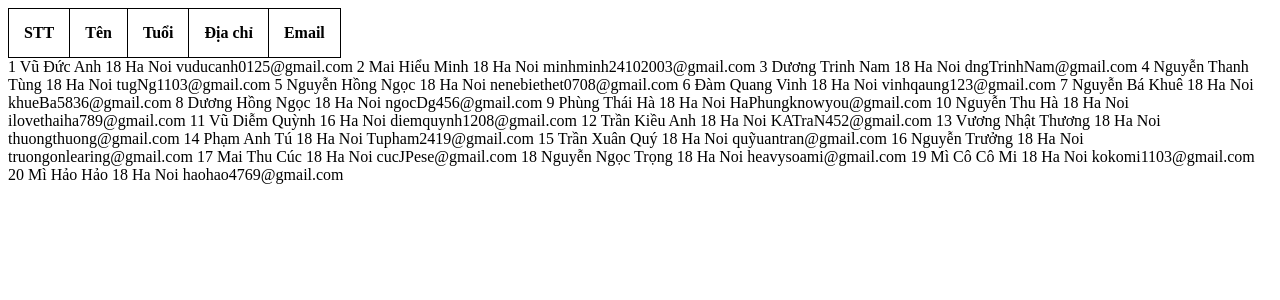
Repository: AnhDuc0125/HTML-Aptech
Page: bt2568/index.html
These files come from the project's save history. The page is drawn as it stood at one moment and after the next save; the edit follows.
The browser window is 1280 px wide. The pictures show the whole page.

Above is the page before, as saved 2021-11-26 20:43:02.

### bt2568/index.html
<!DOCTYPE html>
<html lang="en">
<head>
    <meta charset="UTF-8">
    <meta http-equiv="X-UA-Compatible" content="IE=edge">
    <meta name="viewport" content="width=device-width, initial-scale=1.0">
    <title>Document</title>
    <style>
        table, th ,td {
            border: 1px solid black;
        }
        table {
            border-collapse: collapse;

        }
    </style>
</head>
<body>
    <table cellpadding="15">
        <tr>
            <th>STT</th>
            <th>Tên</th>
            <th>Tuổi</th>
            <th>Địa chỉ</th>
            <th>Email</th>
        </tr>
    </table>

    <script>
        var stdList = [
            {
                "name" : "Vũ Đức Anh",
                "age" : "18",
                "address" : "Ha Noi",
                "email" : "vuducanh0125@gmail.com"
            },
            {
                "name" : "Mai Hiểu Minh",
                "age" : "18",
                "address" : "Ha Noi",
                "email" : "minhminh24102003@gmail.com"
            },
            {
                "name" : "Dương Trinh Nam",
                "age" : "18",
                "address" : "Ha Noi",
                "email" : "dngTrinhNam@gmail.com"
            },
            {
                "name" : "Nguyễn Thanh Tùng",
                "age" : "18",
                "address" : "Ha Noi",
                "email" : "tugNg1103@gmail.com"
            },
            {
                "name" : "Nguyễn Hồng Ngọc",
                "age" : "18",
                "address" : "Ha Noi",
                "email" : "nenebiethet0708@gmail.com"
            },
            {
                "name" : "Đàm Quang Vinh",
                "age" : "18",
                "address" : "Ha Noi",
                "email" : "vinhqaung123@gmail.com"
            },
            {
                "name" : "Nguyễn Bá Khuê",
                "age" : "18",
                "address" : "Ha Noi",
                "email" : "khueBa5836@gmail.com"
            },
            {
                "name" : "Dương Hồng Ngọc",
                "age" : "18",
                "address" : "Ha Noi",
                "email" : "ngocDg456@gmail.com"
            },
            {
                "name" : "Phùng Thái Hà",
                "age" : "18",
                "address" : "Ha Noi",
                "email" : "HaPhungknowyou@gmail.com"
            },
            {
                "name" : "Nguyễn Thu Hà",
                "age" : "18",
                "address" : "Ha Noi",
                "email" : "ilovethaiha789@gmail.com"
            },
            {
                "name" : "Vũ Diễm Quỳnh",
                "age" : "16",
                "address" : "Ha Noi",
                "email" : "diemquynh1208@gmail.com"
            },
            {
                "name" : "Trần Kiều Anh",
                "age" : "18",
                "address" : "Ha Noi",
                "email" : "KATraN452@gmail.com"
            },
            {
                "name" : "Vương Nhật Thương",
                "age" : "18",
                "address" : "Ha Noi",
                "email" : "thuongthuong@gmail.com"
            },
            {
                "name" : "Phạm Anh Tú",
                "age" : "18",
                "address" : "Ha Noi",
                "email" : "Tupham2419@gmail.com"
            },
            {
                "name" : "Trần Xuân Quý",
                "age" : "18",
                "address" : "Ha Noi",
                "email" : "quỹuantran@gmail.com"
            },
            {
                "name" : "Nguyễn Trưởng",
                "age" : "18",
                "address" : "Ha Noi",
                "email" : "truongonlearing@gmail.com"
            },
            {
                "name" : "Mai Thu Cúc",
                "age" : "18",
                "address" : "Ha Noi",
                "email" : "cucJPese@gmail.com"
            },
            {
                "name" : "Nguyễn Ngọc Trọng",
                "age" : "18",
                "address" : "Ha Noi",
                "email" : "heavysoami@gmail.com"
            },
            {
                "name" : "Mì Cô Cô Mi",
                "age" : "18",
                "address" : "Ha Noi",
                "email" : "kokomi1103@gmail.com"
            },
            {
                "name" : "Mì Hảo Hảo",
                "age" : "18",
                "address" : "Ha Noi",
                "email" : "haohao4769@gmail.com"
            },
        ];

        var index = 1;
        for(std of stdList) {
            document.write(`<tr>
                            <td>${index++}</td>
                            <td>${std.name}</td>
                            <td>${std.age}</td>
                            <td>${std.address}</td>
                            <td>${std.email}</td>
                        `)
        }
    </script>
</body>
</html>

After the next save:
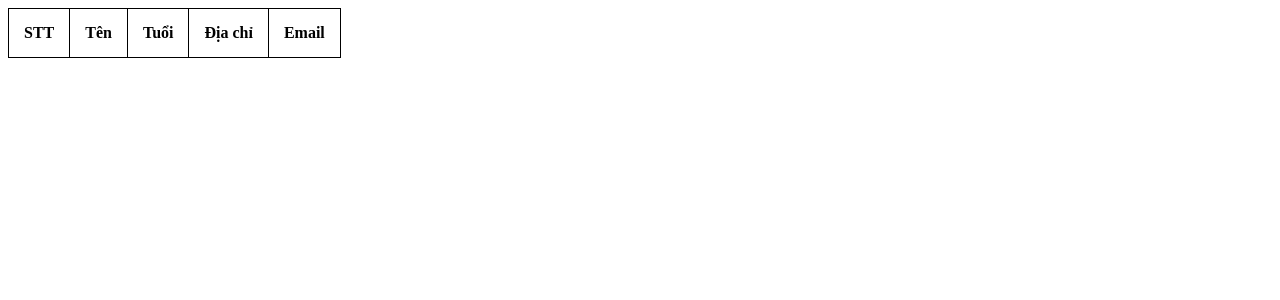
Console error: SyntaxError: Invalid or unexpected token
Saved 52 s later.
--- a/bt2568/index.html
+++ b/bt2568/index.html
@@ -152,13 +152,13 @@
 
         var index = 1;
         for(std of stdList) {
-            document.write(`<tr>
+            document.write('<tr>
                             <td>${index++}</td>
                             <td>${std.name}</td>
                             <td>${std.age}</td>
                             <td>${std.address}</td>
                             <td>${std.email}</td>
-                        `)
+                        ')
         }
     </script>
 </body>

After the save that followed:
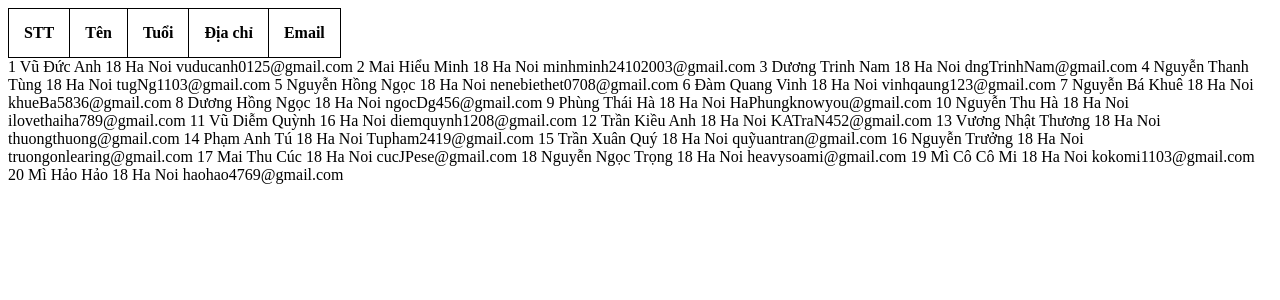
The error is gone.
Saved 12 s later.
--- a/bt2568/index.html
+++ b/bt2568/index.html
@@ -152,13 +152,13 @@
 
         var index = 1;
         for(std of stdList) {
-            document.write('<tr>
+            document.write(`<tr>
                             <td>${index++}</td>
                             <td>${std.name}</td>
                             <td>${std.age}</td>
                             <td>${std.address}</td>
                             <td>${std.email}</td>
-                        ')
+                        `)
         }
     </script>
 </body>
